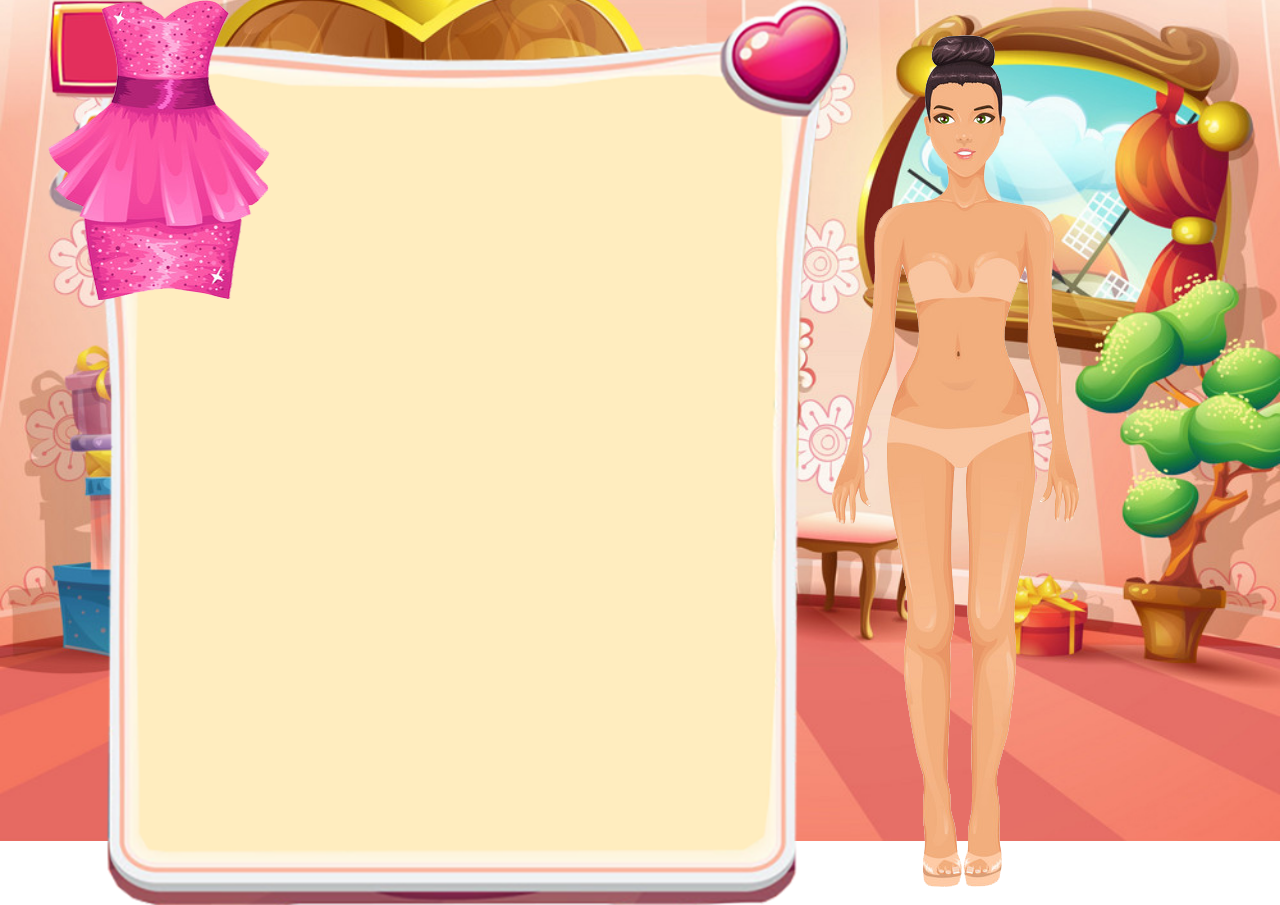
Repository: bunbubam/GameThayDoReactjs_NguyenKhacNghia
Page: /
An editor plug-in stored every save of this project. The page is shown before and after the next save, followed by the edit.
The browser window is 1280 px wide. The pictures show the whole page.
The project was rebuilt for these pictures with package versions that can differ from the ones it lists, and the page was loaded fresh each time.

Above is the page before, as saved 2022-03-30 15:45:34.

After the next save:
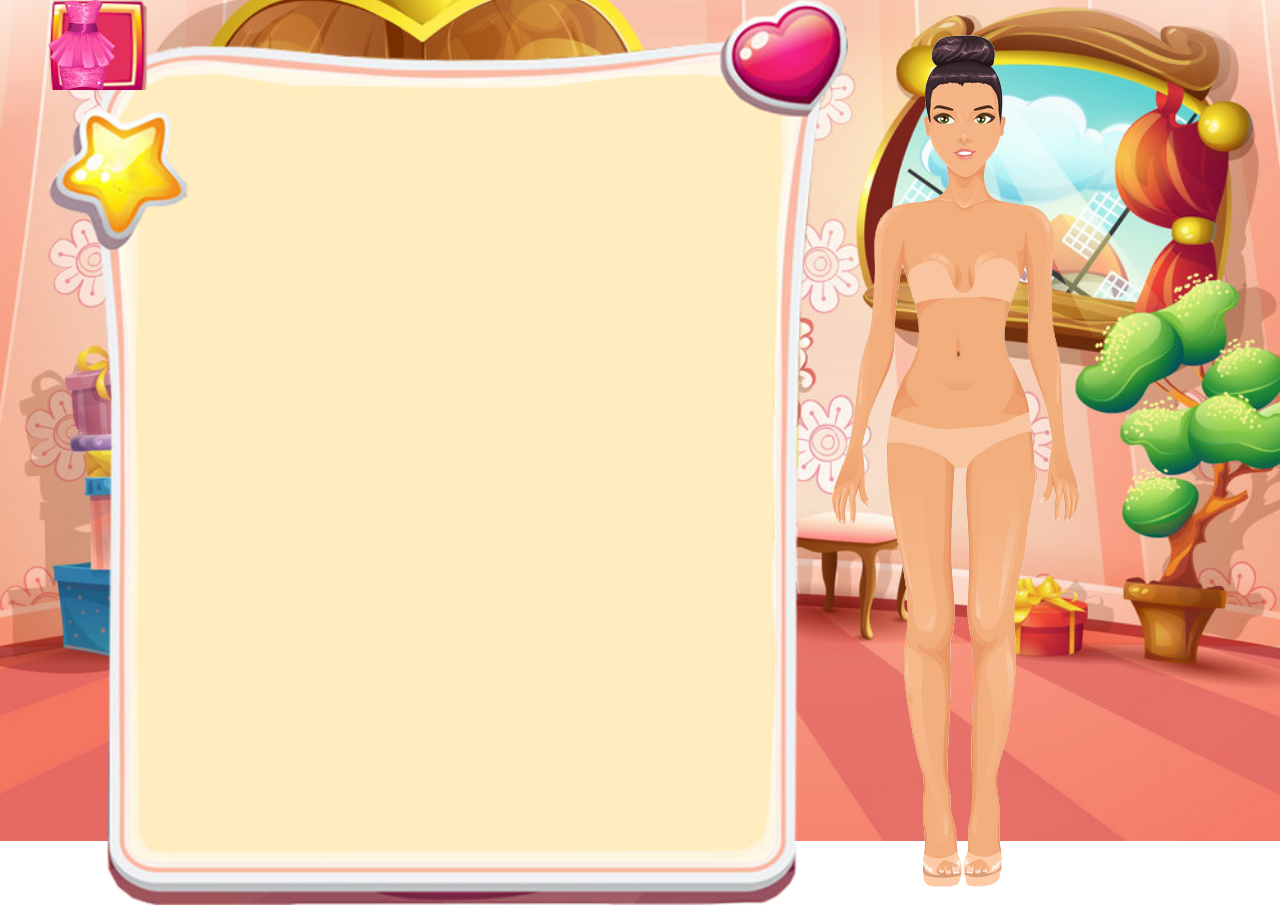
Saved 16 s later.
--- a/src/App.css
+++ b/src/App.css
@@ -22,3 +22,4 @@ body {
     left: 0;
     background: url(gamethaydo/images/menu.png) no-repeat;
 }
+.clothing-item img {width: 30%;}
